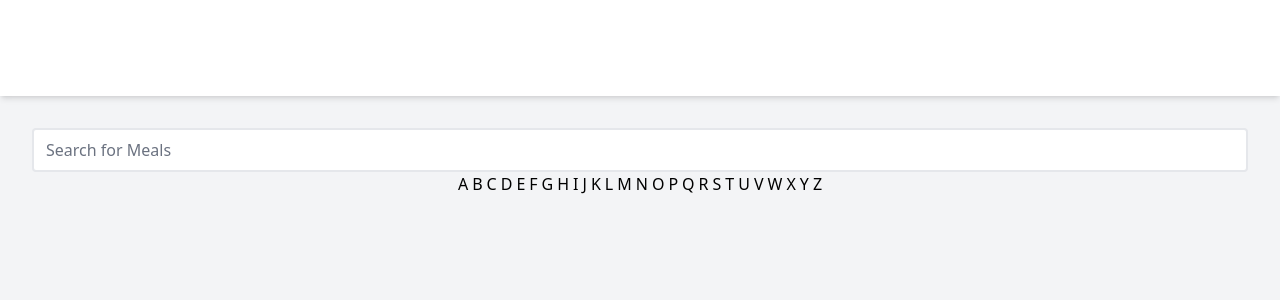
Repository: HalemX/meals
Page: /
An editor plug-in stored every save of this project. The page is shown before and after the next save, followed by the edit.
The browser window is 1280 px wide. The pictures show the whole page.
The project was rebuilt for these pictures with package versions that can differ from the ones it lists, and the page was loaded fresh each time. Also part of the build but not shown: vite.config.js, src/pages/MealsList.vue.

Above is the page before, as saved 2024-02-08 16:25:00.

### index.html
<!DOCTYPE html>
<html lang="en" class="h-full">
  <head>
    <meta charset="UTF-8" />
    <link rel="icon" type="image/svg+xml" href="/vite.svg" />
    <meta name="viewport" content="width=device-width, initial-scale=1.0" />
    <title>Vite + Vue</title>
  </head>
  <body class="h-full">
    <div id="app" class="h-full"></div>
    <script type="module" src="/src/main.js"></script>
  </body>
</html>

### src/main.js
import { createApp } from "vue";

import router from "./router";
import store from "./store";
import "./style.css";

import App from "./App.vue";

const app = createApp(App);
app.use(router);
app.use(store);

app.mount("#app");

### src/router/index.js
import { createRouter, createWebHistory } from "vue-router";

import Home from "../pages/Home.vue";
import MealsList from "../pages/MealsList.vue";

const routes = [
  {
    path: "/",
    name: "home",
    component: Home,
  },
  {
    path: "/letter/:letter",
    name: "byLetter",
    component: MealsList,
  },
];

const router = createRouter({
  history: createWebHistory(),
  routes,
});

export default router;

### src/store/index.js
import { createStore } from "vuex";

import mealsModule from "./modules/meals/index";

const store = createStore({
  modules: {
    mealsModule,
  },
});

export default store;

### src/App.vue
<template>
  <div class="bg-gray-100 h-full">
    <header class="bg-white shadow-md h-24"></header>
    <main>
      <router-view />
    </main>
  </div>
</template>

<style scoped></style>

### src/pages/Home.vue
<template>
  <div class="flex flex-col p-8 justify-center">
    <input
      type="text"
      class="w-full rounded border-2 border-gray-200"
      placeholder="Search for Meals"
    />
    <div class="flex gap-1 justify-center">
      <router-link
        :to="{ name: 'byLetter', params: { letter } }"
        v-for="letter in letters"
        :key="letter"
      >
        {{ letter }}</router-link
      >
    </div>
    <div>{{ meals }}</div>
  </div>
</template>

<script>
import { computed, onMounted } from "vue";
import { useStore } from "vuex";

export default {
  setup() {
    const store = useStore();

    const letters = "ABCDEFGHIJKLMNOPQRSTUVWXYZ".split("");

    function loadMeals() {
      store.dispatch("fetchMeals");
    }

    // onMounted(() => {
    //   loadMeals();
    // });

    const meals = computed(() => {
      return store.getters.getMeals;
    });

    return { letters, meals };
  },
};
</script>

### src/store/modules/meals/index.js
import mutations from "./mutations";
import actions from "./actions";
import getters from "./getters";

export default {
  state() {
    return {
      meals: [],
    };
  },

  mutations,
  actions,
  getters,
};

### src/store/modules/meals/mutations.js
export default {
  setMeals(state, payload) {
    state.meals = payload;
  },
};

### src/store/modules/meals/actions.js
export default {
  async fetchMeals(context) {
    const response = await fetch("https://fakestoreapi.com/products?limit=20");

    const responseData = await response.json();

    if (!response.ok) {
      const error = new Error(responseData.message || "Failed to fetch Meals");
      throw error;
    }

    console.log(responseData);

    // const meals = [];

    // for (const key in responseData) {
    //   const request = {
    //     id: key,
    //     coachId: coachId,
    //     userEmail: responseData[key].userEmail,
    //     message: responseData[key].message,
    //   };
    //   requests.push(request);
    // }

    context.commit("setMeals", responseData);
  },
};

### src/store/modules/meals/getters.js
export default {
  getMeals(state) {
    if (state.meals.length == 0) {
      state.meals = null;
    }
    return state.meals;
  },
};

### tailwind.config.js
/** @type {import('tailwindcss').Config} */
export default {
  content: ["./index.html", "./src/**/*.{vue,js,ts,jsx,tsx}"],
  theme: {
    extend: {},
  },
  plugins: [
    require("@tailwindcss/forms"),
    // ...
  ],
};

Loaded but not shown: src/style.css (common file)

After the next save:
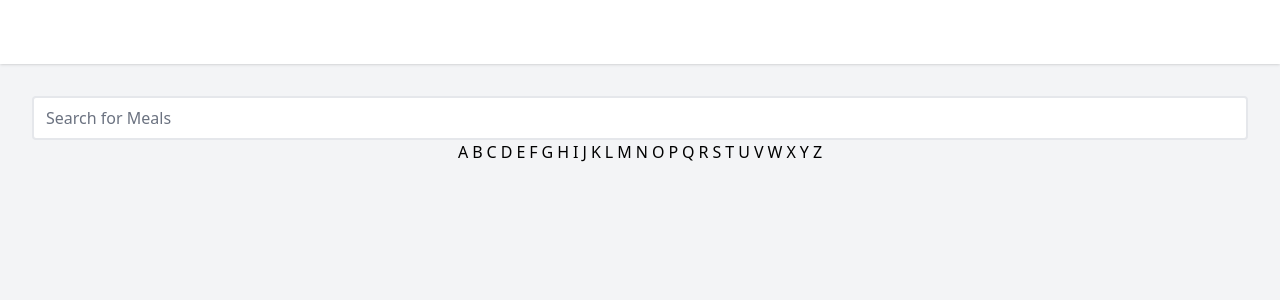
Saved 30 s later.
--- a/src/App.vue
+++ b/src/App.vue
@@ -1,6 +1,6 @@
 <template>
   <div class="bg-gray-100 h-full">
-    <header class="bg-white shadow-md h-24"></header>
+    <header class="bg-white shadow h-16"></header>
     <main>
       <router-view />
     </main>
